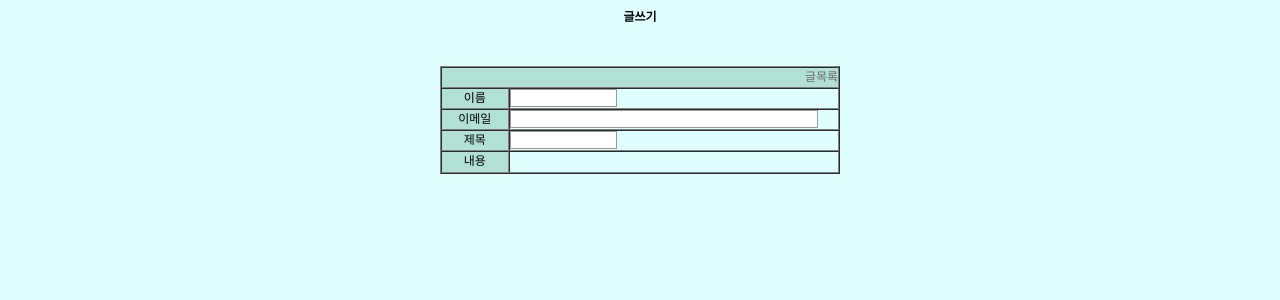
Repository: noopzzya/study_jsp_globalin
Page: http://localhost/ServletProject/boardone/writeform.jsp
The author's editor kept a copy of each file at every save. The page is drawn from the files as they stood at one save, then again after the next save.
The browser window is 1280 px wide. The pictures show the whole page.
The page is served by Tomcat 9.

Above is the page before, as saved 2023-02-08 01:17:14.

After the next save:
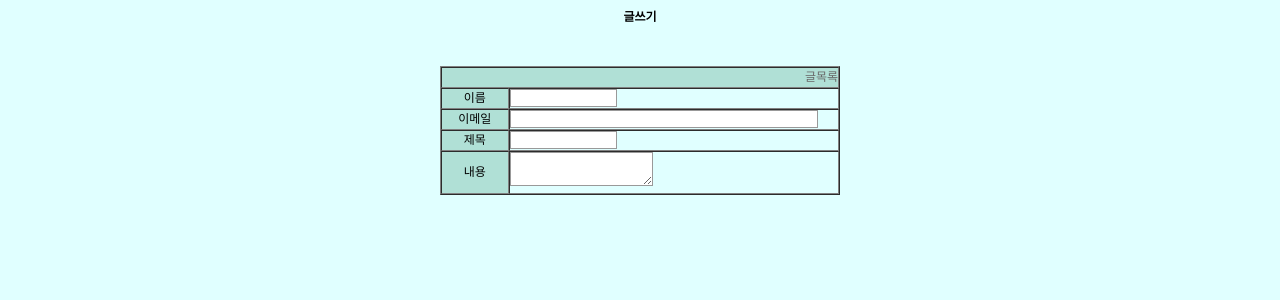
Saved 15 s later.
--- a/ServletProject/src/main/webapp/boardone/writeform.jsp
+++ b/ServletProject/src/main/webapp/boardone/writeform.jsp
@@ -46,7 +46,7 @@
 	<tr>
 		<td width="70" bgcolor="<%=value_c%>" align="center">내용</td>
 		<td width="330">
-
+			<textarea rows="" cols=""></textarea>
 		</td>
 	</tr>
 
